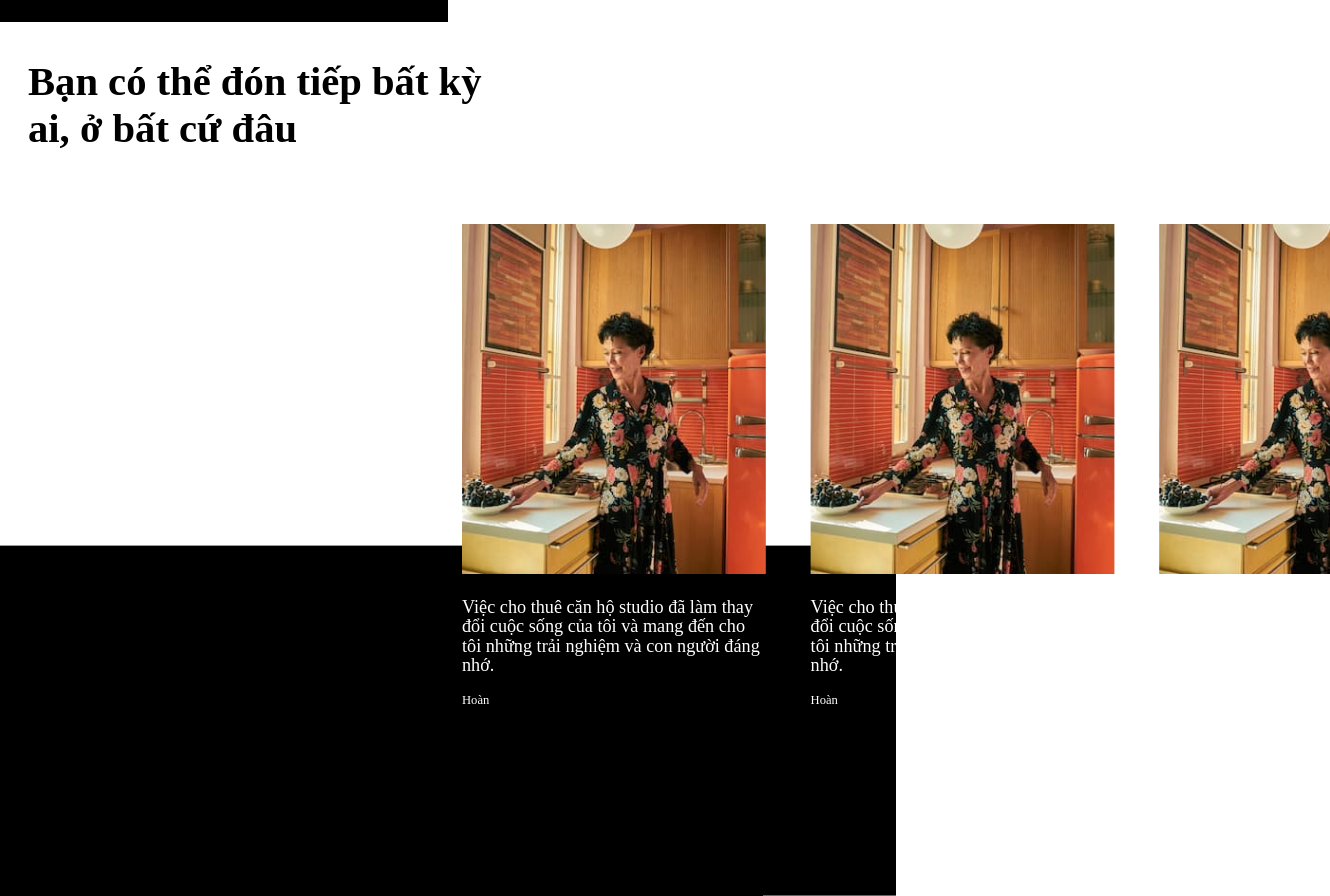
Repository: HoanTiny/AirbnbClone
Page: page3.html
An editor plug-in stored every save of this project. The page is shown before and after the next save, followed by the edit.
The browser window is 1280 px wide. The page is 1900 px wide, so the pictures cover 1900 px, including what lies to the right of the window. The pictures show the part of the page from y = 688 to 1968 px (the page is 1968 px tall), at 70% of full size.
Pictures or frames that could not be fetched are drawn as grey boxes.

Above is the page before, as saved 2021-09-13 11:29:29.

### page3.html
<!DOCTYPE html>
<html lang="en">
    <head>
        <meta charset="UTF-8" />
        <meta http-equiv="X-UA-Compatible" content="IE=edge" />
        <meta name="viewport" content="width=device-width, initial-scale=1.0" />
        <link rel="stylesheet" href="./acess/css/mainpage3.css" />
        <link rel="stylesheet" href="./acess/css/gird.css" />
        <link rel="stylesheet" href="./acess/css/base.css" />
        <link rel="stylesheet" href="./acess/css/reponsive.css" />
        <link
            rel="stylesheet"
            href="./acess/font/fontawesome-free-5.15.3-web/css/all.min.css"
        />
        <title>Cho thuê nhà</title>
    </head>
    <body>
        <div class="app-p3">
            <div class="banner">
                <div class="banner__left">
                    <div class="banner__left-img">
                        <svg
                            width="30"
                            height="32"
                            fill="currentcolor"
                            color="#fff"
                            style="display: block"
                        >
                            <path
                                d="M29.24 22.68c-.16-.39-.31-.8-.47-1.15l-.74-1.67-.03-.03c-2.2-4.8-4.55-9.68-7.04-14.48l-.1-.2c-.25-.47-.5-.99-.76-1.47-.32-.57-.63-1.18-1.14-1.76a5.3 5.3 0 00-8.2 0c-.47.58-.82 1.19-1.14 1.76-.25.52-.5 1.03-.76 1.5l-.1.2c-2.45 4.8-4.84 9.68-7.04 14.48l-.06.06c-.22.52-.48 1.06-.73 1.64-.16.35-.32.73-.48 1.15a6.8 6.8 0 007.2 9.23 8.38 8.38 0 003.18-1.1c1.3-.73 2.55-1.79 3.95-3.32 1.4 1.53 2.68 2.59 3.95 3.33A8.38 8.38 0 0022.75 32a6.79 6.79 0 006.75-5.83 5.94 5.94 0 00-.26-3.5zm-14.36 1.66c-1.72-2.2-2.84-4.22-3.22-5.95a5.2 5.2 0 01-.1-1.96c.07-.51.26-.96.52-1.34.6-.87 1.65-1.41 2.8-1.41a3.3 3.3 0 012.8 1.4c.26.4.45.84.51 1.35.1.58.06 1.25-.1 1.96-.38 1.7-1.5 3.74-3.21 5.95zm12.74 1.48a4.76 4.76 0 01-2.9 3.75c-.76.32-1.6.41-2.42.32-.8-.1-1.6-.36-2.42-.84a15.64 15.64 0 01-3.63-3.1c2.1-2.6 3.37-4.97 3.85-7.08.23-1 .26-1.9.16-2.73a5.53 5.53 0 00-.86-2.2 5.36 5.36 0 00-4.49-2.28c-1.85 0-3.5.86-4.5 2.27a5.18 5.18 0 00-.85 2.21c-.13.84-.1 1.77.16 2.73.48 2.11 1.78 4.51 3.85 7.1a14.33 14.33 0 01-3.63 3.12c-.83.48-1.62.73-2.42.83a4.76 4.76 0 01-5.32-4.07c-.1-.8-.03-1.6.29-2.5.1-.32.25-.64.41-1.02.22-.52.48-1.06.73-1.6l.04-.07c2.16-4.77 4.52-9.64 6.97-14.41l.1-.2c.25-.48.5-.99.76-1.47.26-.51.54-1 .9-1.4a3.32 3.32 0 015.09 0c.35.4.64.89.9 1.4.25.48.5 1 .76 1.47l.1.2c2.44 4.77 4.8 9.64 7 14.41l.03.03c.26.52.48 1.1.73 1.6.16.39.32.7.42 1.03.19.9.29 1.7.19 2.5z"
                            ></path>
                        </svg>
                    </div>
                    <div class="banner__left-conttent">
                        <h1 class="banner__left-heading">
                            Đón tiếp khách làm nên linh hồn của Airbnb
                        </h1>
                        <button class="banner__left-btn">
                            Thử đón tiếp khách
                        </button>
                    </div>
                    <i class="fas fa-chevron-down banner__left-icon"></i>
                </div>
                <div class="banner-right">
                    <video
                        id="video"
                        src="./acess/img/Cho thuê nhà trên Airbnb.webm"
                        class="banner__right-video"
                        autoplay
                        crossorigin="anonymous"
                        playsinline
                        preload="auto"
                        aria-label="Chelsea, Chủ nhà ở Philadelphia, mỉm cười khi mở cửa. Soraya, Chủ nhà ở Mumbai, mỉm cười khi mở cửa trước cùng một người khác ở bên cạnh. Mohamed, Chủ nhà ở Johannesburg, mỉm cười khi mở cửa. Maria, Chủ nhà ở Mexico City, gật đầu mỉm cười khi mang cây đi."
                    ></video>
                </div>
            </div>
            <div class="content">
                <div class="content__heading">
                    <div class="grid wide">
                        <h2 class="content__heading-top">
                            Bạn có thể đón tiếp bất kỳ ai, ở bất cứ đâu
                        </h2>
                    </div>
                    <div class="grid wide">
                        <div class="content__home">
                            <div class="home__img">
                                <div class="home__img-home__product">
                                    <img src="./acess/img/home-p3.jpg" class="img content__home-img"></img>
                                </div>
                                <div class="home__img-home__product-text">
                                    <p class="home__img-text">Việc cho thuê căn hộ studio đã làm thay đổi cuộc sống của tôi và mang đến cho tôi những trải nghiệm và con người đáng nhớ.</p>
                                    <p class="home__img-text-end">Hoàn</p>
                                </div>
                            </div>
                            <div class="home__img">
                                <div class="home__img-home__product">
                                    <img src="./acess/img/home-p3.jpg" class="img content__home-img"></img>
                                </div>
                                <div class="home__img-home__product-text">
                                    <p class="home__img-text">Việc cho thuê căn hộ studio đã làm thay đổi cuộc sống của tôi và mang đến cho tôi những trải nghiệm và con người đáng nhớ.</p>
                                    <p class="home__img-text-end">Hoàn</p>
                                </div>
                            </div>
                            <div class="home__img">
                                <div class="home__img-product-img">
                                    <img src="./acess/img/home-p3.jpg" class="img content__home-img"></img>
                                </div>
                                <div class="home__img-product-text">
                                    <p class="home__img-text">Việc cho thuê căn hộ studio đã làm thay đổi cuộc sống của tôi và mang đến cho tôi những trải nghiệm và con người đáng nhớ.</p>
                                    <p class="home__img-text-end">Hoàn</p>
                                </div>
                            </div>
                            <div class="home__img">
                                <div class="home__img-home__product">
                                    <img src="./acess/img/home-p3.jpg" class="img content__home-img"></img>
                                </div>
                                <div class="home__img-home__product-text">
                                    <p class="home__img-text">Việc cho thuê căn hộ studio đã làm thay đổi cuộc sống của tôi và mang đến cho tôi những trải nghiệm và con người đáng nhớ.</p>
                                    <p class="home__img-text-end">Hoàn</p>
                                </div>
                            </div>
                        </div>
                    </div>
                </div>
                <div class="content__search"></div>
            </div>
        </div>
        <script>
            var videoPlayer = document.getElementById("video");
            // Auto play, half volume.
            videoPlayer.play();
            videoPlayer.volume = 0.5;

            // Play / pause.
            videoPlayer.addEventListener("click", function () {
                if (videoPlayer.paused == false) {
                    videoPlayer.pause();
                    videoPlayer.firstChild.nodeValue = "Play";
                } else {
                    videoPlayer.play();
                    videoPlayer.firstChild.nodeValue = "Pause";
                }
            });
        </script>
    </body>
</html>

### acess/css/mainpage3.css
body {
    margin: 0;
}

.banner {
    height: 100vh;
    display: flex;
    justify-content: center;
}
.banner__left {
    width: 50%;
    background-color: #000;
    position: relative;
}
.banner__left-img {
    padding: 24px;
}
.banner__left-conttent {
    display: flex;
    flex-direction: column;
    align-items: center;
    justify-content: center;
    position: absolute;
    top: 50%;
    left: 50%;
    transform: translate(-50%, -50%);
    width: fit-content;
}
.banner__left-heading {
    color: #fff;
    text-align: center;
    font-size: 6.8rem;
    line-height: 7rem;
    padding: 12px 24px;
    font-weight: 500;
}
.banner__left-btn {
    padding: 18px 32px;
    font-size: 1.8rem;
    border-radius: 12px;
    background-image: linear-gradient(
        to right,
        rgb(229, 29, 80),
        rgb(220, 14, 100)
    );
    color: var(--white-color);
    border: none;
    cursor: pointer;
}

.banner__left-icon {
    color: var(--white-color);
    position: absolute;
    bottom: 32px;
    font-size: 1.5rem;
    left: 50%;
    padding: 12px;
    margin-left: -12px;
    border-radius: 50%;
    cursor: pointer;
}

.banner__left-icon:hover {
    background-color: #999;
}

.banner-right {
    width: 50%;
}

.banner__right-video {
    object-fit: cover;
    object-position: center top;
    width: 100%;
    height: 100%;
}

.content__heading {
    position: relative;
    height: 700px;
}

.content__heading-top {
    margin-top: 48px;
    font-size: 5.8rem;
    line-height: 6.8rem;
    text-align: left;
    width: 60%;
}

.content__home {
    position: absolute;
    bottom: -35%;
    max-width: 100%;
    overflow-x: auto;
    flex-wrap: nowrap;
    display: flex;
    transform: translate(50%);
}

.content__home::-webkit-scrollbar {
    display: none;
}

.home__img {
    flex-shrink: 0;
    width: 35%;
    margin-right: 64px;
}

.home__img-product-text {
    margin-top: 24px;
}

.home__img-text {
    color: var(--white-color);
    font-size: 2.6rem;
    line-height: 2.8rem;
}

.home__img-text-end {
    color: var(--white-color);
    font-size: 1.8rem;
}

.content__home-img {
    width: 100%;
    height: 100%;
    object-fit: cover;
}

.content__search {
    background-color: #000;
    height: 500px;
}

### acess/css/gird.css
.grid {
    width: 100%;
    display: block;
    padding: 0;
}

.grid.wide {
    max-width: 1200px;
    margin: 0 auto;
}

.row {
    display: flex;
    flex-wrap: wrap;
    margin-left: -8px;
    margin-right: -8px;
}

.row.no-gutters {
    margin-left: 0;
    margin-right: 0;
}

.col {
    padding-left: 12px;
    padding-right: 12px;
}

.row.no-gutters .col {
    padding-left: 0;
    padding-right: 0;
}

.c-0 {
    display: none;
}

.c-1 {
    flex: 0 0 8.33333%;
    max-width: 8.33333%;
}

.c-2 {
    flex: 0 0 16.66667%;
    max-width: 16.66667%;
}

.c-3 {
    flex: 0 0 25%;
    max-width: 25%;
}

.c-4 {
    flex: 0 0 33.33333%;
    max-width: 33.33333%;
}

.c-5 {
    flex: 0 0 41.66667%;
    max-width: 41.66667%;
}

.c-6 {
    flex: 0 0 50%;
    max-width: 50%;
}

.c-7 {
    flex: 0 0 58.33333%;
    max-width: 58.33333%;
}

.c-8 {
    flex: 0 0 66.66667%;
    max-width: 66.66667%;
}

.c-9 {
    flex: 0 0 75%;
    max-width: 75%;
}

.c-10 {
    flex: 0 0 83.33333%;
    max-width: 83.33333%;
}

.c-11 {
    flex: 0 0 91.66667%;
    max-width: 91.66667%;
}

.c-12 {
    flex: 0 0 100%;
    max-width: 100%;
}

.c-o-1 {
    margin-left: 8.33333%;
}

.c-o-2 {
    margin-left: 16.66667%;
}

.c-o-3 {
    margin-left: 25%;
}

.c-o-4 {
    margin-left: 33.33333%;
}

.c-o-5 {
    margin-left: 41.66667%;
}

.c-o-6 {
    margin-left: 50%;
}

.c-o-7 {
    margin-left: 58.33333%;
}

.c-o-8 {
    margin-left: 66.66667%;
}

.c-o-9 {
    margin-left: 75%;
}

.c-o-10 {
    margin-left: 83.33333%;
}

.c-o-11 {
    margin-left: 91.66667%;
}

/* >= Tablet */
@media (min-width: 740px) {
    .row {
        margin-left: -4px;
        margin-right: -4px;
    }

    .col {
        padding-left: 4px;
        padding-right: 4px;
    }

    .m-0 {
        display: none;
    }

    .m-1,
    .m-2,
    .m-3,
    .m-4,
    .m-5,
    .m-6,
    .m-7,
    .m-8,
    .m-9,
    .m-10,
    .m-11,
    .m-12 {
        display: block;
    }

    .m-1 {
        flex: 0 0 8.33333%;
        max-width: 8.33333%;
    }

    .m-2 {
        flex: 0 0 16.66667%;
        max-width: 16.66667%;
    }

    .m-3 {
        flex: 0 0 25%;
        max-width: 25%;
    }

    .m-4 {
        flex: 0 0 33.33333%;
        max-width: 33.33333%;
    }

    .m-5 {
        flex: 0 0 41.66667%;
        max-width: 41.66667%;
    }

    .m-6 {
        flex: 0 0 50%;
        max-width: 50%;
    }

    .m-7 {
        flex: 0 0 58.33333%;
        max-width: 58.33333%;
    }

    .m-8 {
        flex: 0 0 66.66667%;
        max-width: 66.66667%;
    }

    .m-9 {
        flex: 0 0 75%;
        max-width: 75%;
    }

    .m-10 {
        flex: 0 0 83.33333%;
        max-width: 83.33333%;
    }

    .m-11 {
        flex: 0 0 91.66667%;
        max-width: 91.66667%;
    }

    .m-12 {
        flex: 0 0 100%;
        max-width: 100%;
    }

    .m-o-1 {
        margin-left: 8.33333%;
    }

    .m-o-2 {
        margin-left: 16.66667%;
    }

    .m-o-3 {
        margin-left: 25%;
    }

    .m-o-4 {
        margin-left: 33.33333%;
    }

    .m-o-5 {
        margin-left: 41.66667%;
    }

    .m-o-6 {
        margin-left: 50%;
    }

    .m-o-7 {
        margin-left: 58.33333%;
    }

    .m-o-8 {
        margin-left: 66.66667%;
    }

    .m-o-9 {
        margin-left: 75%;
    }

    .m-o-10 {
        margin-left: 83.33333%;
    }

    .m-o-11 {
        margin-left: 91.66667%;
    }
}

/* PC medium resolution > */
@media (min-width: 1113px) {
    .row {
        margin-left: -12px;
        margin-right: -12px;
    }

    .row.sm-gutter {
        margin-left: -5px;
        margin-right: -5px;
    }

    .col {
        padding-left: 12px;
        padding-right: 12px;
    }

    .row.sm-gutter .col {
        padding-left: 5px;
        padding-right: 5px;
    }

    .l-0 {
        display: none;
    }

    .l-1,
    .l-2,
    .l-2-4,
    .l-3,
    .l-4,
    .l-5,
    .l-6,
    .l-7,
    .l-8,
    .l-9,
    .l-10,
    .l-11,
    .l-12 {
        display: block;
    }

    .l-1 {
        flex: 0 0 8.33333%;
        max-width: 8.33333%;
    }

    .l-2 {
        flex: 0 0 16.66667%;
        max-width: 16.66667%;
    }

    .l-2-4 {
        flex: 0 0 20%;
        max-width: 20%;
    }

    .l-3 {
        flex: 0 0 25%;
        max-width: 25%;
    }

    .l-4 {
        flex: 0 0 33.33333%;
        max-width: 33.33333%;
    }

    .l-5 {
        flex: 0 0 41.66667%;
        max-width: 41.66667%;
    }

    .l-6 {
        flex: 0 0 50%;
        max-width: 50%;
    }

    .l-7 {
        flex: 0 0 58.33333%;
        max-width: 58.33333%;
    }

    .l-8 {
        flex: 0 0 66.66667%;
        max-width: 66.66667%;
    }

    .l-9 {
        flex: 0 0 75%;
        max-width: 75%;
    }

    .l-10 {
        flex: 0 0 83.33333%;
        max-width: 83.33333%;
    }

    .l-11 {
        flex: 0 0 91.66667%;
        max-width: 91.66667%;
    }

    .l-12 {
        flex: 0 0 100%;
        max-width: 100%;
    }

    .l-o-1 {
        margin-left: 8.33333%;
    }

    .l-o-2 {
        margin-left: 16.66667%;
    }

    .l-o-3 {
        margin-left: 25%;
    }

    .l-o-4 {
        margin-left: 33.33333%;
    }

    .l-o-5 {
        margin-left: 41.66667%;
    }

    .l-o-6 {
        margin-left: 50%;
    }

    .l-o-7 {
        margin-left: 58.33333%;
    }

    .l-o-8 {
        margin-left: 66.66667%;
    }

    .l-o-9 {
        margin-left: 75%;
    }

    .l-o-10 {
        margin-left: 83.33333%;
    }

    .l-o-11 {
        margin-left: 91.66667%;
    }
}

/* Tablet - PC low resolution */
@media (min-width: 740px) and (max-width: 1023px) {
    .wide {
        width: 644px;
    }
}

/* > PC low resolution */
@media (min-width: 1024px) and (max-width: 1239px) {
    .wide {
        width: 984px;
    }

    .wide .row {
        margin-left: -12px;
        margin-right: -12px;
    }

    .wide .row.sm-gutter {
        margin-left: -5px;
        margin-right: -5px;
    }

    .wide .col {
        padding-left: 12px;
        padding-right: 12px;
    }

    .wide .row.sm-gutter .col {
        padding-left: 5px;
        padding-right: 5px;
    }

    .wide .l-0 {
        display: none;
    }

    .wide .l-1,
    .wide .l-2,
    .wide .l-2-4,
    .wide .l-3,
    .wide .l-4,
    .wide .l-5,
    .wide .l-6,
    .wide .l-7,
    .wide .l-8,
    .wide .l-9,
    .wide .l-10,
    .wide .l-11,
    .wide .l-12 {
        display: block;
    }

    .wide .l-1 {
        flex: 0 0 8.33333%;
        max-width: 8.33333%;
    }

    .wide .l-2 {
        flex: 0 0 16.66667%;
        max-width: 16.66667%;
    }

    .wide .l-2-4 {
        flex: 0 0 20%;
        max-width: 20%;
    }

    .wide .l-3 {
        flex: 0 0 25%;
        max-width: 25%;
    }

    .wide .l-4 {
        flex: 0 0 33.33333%;
        max-width: 33.33333%;
    }

    .wide .l-5 {
        flex: 0 0 41.66667%;
        max-width: 41.66667%;
    }

    .wide .l-6 {
        flex: 0 0 50%;
        max-width: 50%;
    }

    .wide .l-7 {
        flex: 0 0 58.33333%;
        max-width: 58.33333%;
    }

    .wide .l-8 {
        flex: 0 0 66.66667%;
        max-width: 66.66667%;
    }

    .wide .l-9 {
        flex: 0 0 75%;
        max-width: 75%;
    }

    .wide .l-10 {
        flex: 0 0 83.33333%;
        max-width: 83.33333%;
    }

    .wide .l-11 {
        flex: 0 0 91.66667%;
        max-width: 91.66667%;
    }

    .wide .l-12 {
        flex: 0 0 100%;
        max-width: 100%;
    }

    .wide .l-o-1 {
        margin-left: 8.33333%;
    }

    .wide .l-o-2 {
        margin-left: 16.66667%;
    }

    .wide .l-o-3 {
        margin-left: 25%;
    }

    .wide .l-o-4 {
        margin-left: 33.33333%;
    }

    .wide .l-o-5 {
        margin-left: 41.66667%;
    }

    .wide .l-o-6 {
        margin-left: 50%;
    }

    .wide .l-o-7 {
        margin-left: 58.33333%;
    }

    .wide .l-o-8 {
        margin-left: 66.66667%;
    }

    .wide .l-o-9 {
        margin-left: 75%;
    }

    .wide .l-o-10 {
        margin-left: 83.33333%;
    }

    .wide .l-o-11 {
        margin-left: 91.66667%;
    }
}

### acess/css/base.css
:root {
    --white-color:#fff;
    --black-color: #000;
    --text-color: #333;
}

* {
    box-sizing: inherit;
}

html {
    /* font-family: Circular, -apple-system, BlinkMacSystemFont, Roboto, "Helvetica Neue", sans-serif; */
    font-family: 'Font Awesome 5 Free';
    box-sizing: border-box;
    font-size: 62.5%;
    line-height: 1.8rem;
}

### acess/css/reponsive.css
@media (min-width: 723px) and (max-width: 1023px) {
    .hold-on-mobile-tablet {
        display: none;
    }
    .background {
        background-position: unset;
    }

    .header__nav-list-tablet {
        display: flex;
    }

    .search {
        margin: 0;
    }

    .search__item:first-of-type {
        padding-left: 32px;
    }

    .search__item {
        margin: 0;
        padding: 12px;
    }

    .home__product-tablet {
        height: 140px;
        overflow: hidden;
        display: -webkit-box;
        -webkit-line-clamp: 2;
    }

    .home__category-tablet {
        display: flex;
        max-width: 100%;
        overflow-x: auto;
        flex-wrap: nowrap;
    }

    .home__category-tablet::-webkit-scrollbar {
        display: none;
    }

    .home__category-item-tablet {
        width: 33.3333%;
        flex-shrink: 0;
    }

    .footer-end {
        flex-direction: column-reverse;
    }

    .footer__end-social-list{
        display: flex;
        justify-content: center;
    }

    .footer__end-copyright-list{
        flex-wrap: wrap;
        justify-content: center;
    }

    .footer__end-copyright__item:first-of-type {
        width: 100%;
        text-align: center;
        margin-bottom: 4px;
    }

    .header__nav-scrollba-btn {
        margin-left: auto;
    }

}

@media (max-width: 723px)
{
    .hold-on-mobile {
        display: none;
    }

    .search {
        display: none;
    }
    .header__nav {
        display: none;
    }

    .header__mobile{
        display: flex;
    }

    .footer {
        text-align: center;
    }

    .home__category-tablet {
        display: flex;
        max-width: 100%;
        overflow-x: auto;
        flex-wrap: nowrap;
    }

    .home__category-tablet::-webkit-scrollbar {
        display: none;
    }

    .home__category-item-tablet {
        width: 33.3333%;
        flex-shrink: 0;
    }

    #header__nav-scrollbar {
        display: none;
    }

    .header__mobile {
        position: fixed;
        top: 0px;
        left: 0;
        right: 0;
        z-index: 12;
        align-items: center;
    }

    .header__mobile-btn {
        border: none;
        background-color: rgb(247, 247, 247);
        box-shadow: none;
        top: 20;
    }

    .web__content-heading {
        font-size: 2.2rem;
        line-height: 2.6rem;
    }

    .home__category-next {
        display: none;
    }

    .home__category-return--active {
        display: none;
    }

    .home__experience-mobile {
        display: flex;
        max-width: 100%;
        overflow-x: auto;
        flex-wrap: nowrap;
    }

    .home__experience-mobile::-webkit-scrollbar {
        display: none;
    }

    .home__experience-mobile-item {
        width: 75%;
        flex-shrink: 0;
    }

    path {
        display: none;
    }
    .search-where {
        display: block;
        position: revert;
    }

    .search-where-icon {
        display: none;
    }

    /* Page 2 */

    .home-place__item-img {
        height: 345px;
    }

    .menu-list__item {
        border: none;
    }

    .header-page2 {
        border-bottom: none;
    }

    .header__mobile-page2 {
        display: block;
    }

    .home-place {
        margin-top: 115px;
    }

}

Loaded but not shown: acess/font/fontawesome-free-5.15.3-web/css/all.min.css (library)

After the next save:
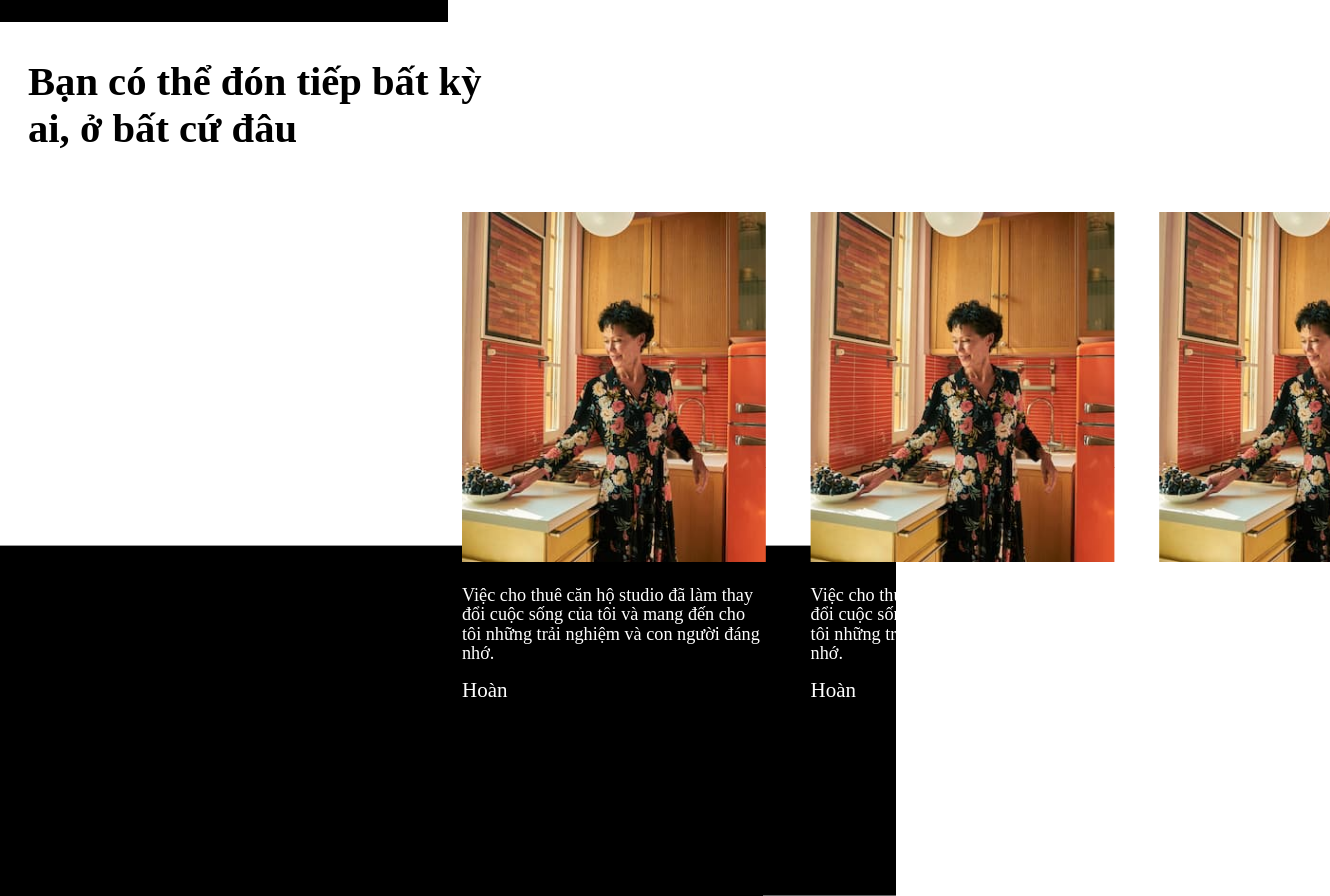
Saved 7 s later.
--- a/acess/css/mainpage3.css
+++ b/acess/css/mainpage3.css
@@ -120,7 +120,7 @@ body {
 
 .home__img-text-end {
     color: var(--white-color);
-    font-size: 1.8rem;
+    font-size: 3rem;
 }
 
 .content__home-img {
